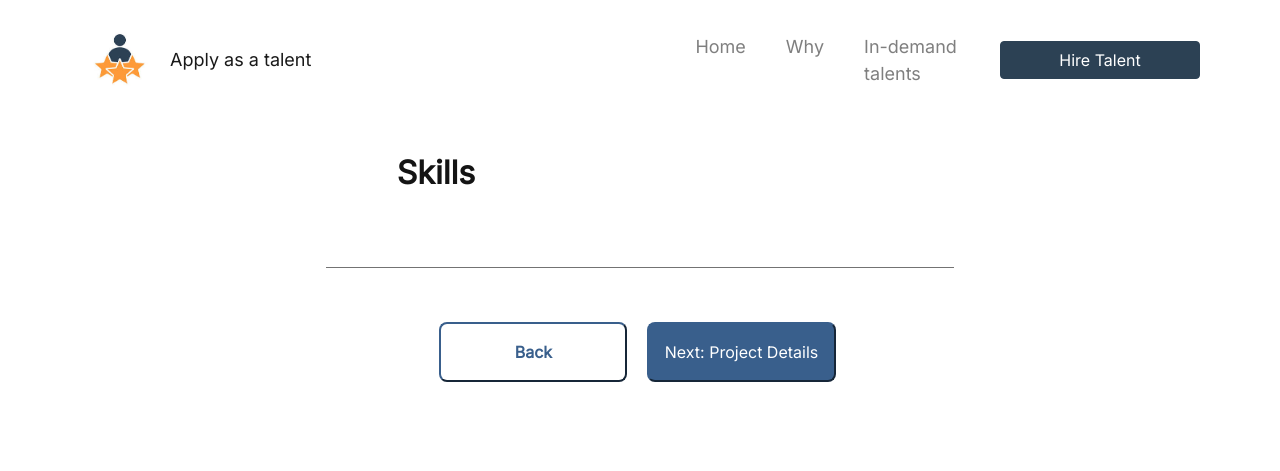
Repository: Ashwe9/talent-hire-reactJs
Page: /skills
The author's editor kept a copy of each file at every save. The page is drawn from the files as they stood at one save, then again after the next save.
The browser window is 1280 px wide. The pictures show the whole page.
The project was rebuilt for these pictures with package versions that can differ from the ones it lists, and the page was loaded fresh each time. Also part of the build but not shown: src/homePage/components/TrustedBy/TrustedBy.css, src/homePage/components/TrustedBy/TrustedBy.js, src/homePage/components/Roles/Roles.css, src/homePage/components/Roles/Roles.js, src/homePage/components/homePageFooter/HomePageFooter.css, src/homePage/components/homePageFooter/HomePageFooter.js, src/homePage/HomePage.js, src/kpisPage/Header.css and 17 more.

Above is the page before, as saved 2022-08-25 15:32:43.

### public/index.html
<!DOCTYPE html>
<html lang="en">
  <head>
    <meta charset="utf-8" />
    <link rel="icon" href="%PUBLIC_URL%/favicon.ico" />
    <meta name="viewport" content="width=device-width, initial-scale=1" />
    <meta name="theme-color" content="#000000" />
    <meta
      name="description"
      content="Web site created using create-react-app"
    />
    <link rel="manifest" href="%PUBLIC_URL%/manifest.json" />
    <link rel="stylesheet" href="https://stackpath.bootstrapcdn.com/bootstrap/4.4.1/css/bootstrap.min.css" integrity="sha384-Vkoo8x4CGsO3+Hhxv8T/Q5PaXtkKtu6ug5TOeNV6gBiFeWPGFN9MuhOf23Q9Ifjh" crossorigin="anonymous">
    <link href='https://fonts.googleapis.com/css?family=Inter' rel='stylesheet'>

    <title>App</title>
  </head>
  <body>
    <noscript>You need to enable JavaScript to run this app.</noscript>
    <div id="root"></div>
    <script src="https://code.jquery.com/jquery-3.4.1.slim.min.js" integrity="sha384-J6qa4849blE2+poT4WnyKhv5vZF5SrPo0iEjwBvKU7imGFAV0wwj1yYfoRSJoZ+n" crossorigin="anonymous"></script>
    <script src="https://cdn.jsdelivr.net/npm/popper.js@1.16.0/dist/umd/popper.min.js" integrity="sha384-Q6E9RHvbIyZFJoft+2mJbHaEWldlvI9IOYy5n3zV9zzTtmI3UksdQRVvoxMfooAo" crossorigin="anonymous"></script>
    <script src="https://stackpath.bootstrapcdn.com/bootstrap/4.4.1/js/bootstrap.min.js" integrity="sha384-wfSDF2E50Y2D1uUdj0O3uMBJnjuUD4Ih7YwaYd1iqfktj0Uod8GCExl3Og8ifwB6" crossorigin="anonymous"></script>  </body>
</html>

### src/App.js
import React from 'react'
import { BrowserRouter as Router, Route, Routes, Navigate } from 'react-router-dom';
import { HomePage } from './homePage/HomePage';
import KPISPage from './kpisPage/KPISPage';
import ProjectDetails from './projectDetails/ProjectDetails';
import ProfessionalDetails from './professionalDetails/ProfessionalDetails';
import Skills from './skills/Skills';

function App() {
  return (
    <Router>
      <Routes>
        <Route exact path="*" element={<Navigate to="/" replace />}/>
        <Route exact path="/" element={<HomePage />} />
        <Route exact path="/kpis" element={<KPISPage />} />
        <Route exact path="/projectdetails" element={<ProjectDetails />} />
        <Route exact path="/professionaldetails" element={<ProfessionalDetails />} />
        <Route exact path="/skills" element={<Skills />} />

      </Routes>
    </Router>
  );
}

export default App;

### src/skills/Skills.js
import React from 'react'
import { Footer } from '../shared-components/Footer/Footer'
import { Navbar } from '../shared-components/Navbar/Navbar'
import Header from './Header'
import './Skills.css'

const Skills = () => {
  return (
    <div>
        <Navbar />
        <Header />
        <Footer nextTitle="Next: Project Details" nextPath="/projectdetails2" previousPath="/professionaldetails"/>
    </div>
  )
}

export default Skills

### src/shared-components/Navbar/Navbar.js
import React from 'react'
import './Navbar.css'
import { Navigate, useNavigate } from 'react-router-dom'

export const Navbar = () => {
  let navigate = useNavigate();

  return (
    <nav className="navbar navbar-expand-lg navbar-light">
      <img src= {require('../../assets/icon.png')} className="icon"/>
      <a className="navbar-brand title" href="#">Apply as a talent</a>
      <button className="navbar-toggler" type="button" data-toggle="collapse" data-target="#navbarText" aria-controls="navbarText" aria-expanded="false" aria-label="Toggle navigation">
        <span className="navbar-toggler-icon"></span>
      </button>
      <div className="collapse navbar-collapse" id="navbarText">
        <ul className="navbar-nav mr-auto">
          <li className="nav-item">
            <a className="nav-link" href="" onClick={() => {
                navigate('/', { replace: true });
              } }>Home</a>
          </li>

          <li className="nav-item">
            <a className="nav-link" href="#">Why</a>
          </li>
          <li className="nav-item">
            <a className="nav-link" href="#">In-demand talents</a>
          </li>
        </ul>
        <span className="navbar-text">
          <button className='btn btn-dark navbar-btn'>Hire Talent</button>
        </span>
      </div>
    </nav>
  )
}

### src/shared-components/Footer/Footer.js
import React from 'react'
import './Footer.css'
import { useNavigate  } from 'react-router-dom'


export  const Footer = ({nextTitle, nextPath, previousPath}) => {

  let navigate = useNavigate();

  const goNext = () => {
    let path =  nextPath;
    navigate(path);
  };
  const goBack = () => {
    let path =  previousPath;
    navigate(path);
  };

  return (
      <footer>
        <div className='Footer-box'>
            <hr id="footer-line"/>
            <div className='buttons'>
              <button className='Footer-button-back'
              onClick={goBack}
                >Back</button>

              <button className='Footer-button-next'
              onClick={goNext}
                >{nextTitle}</button>
        </div>
        </div>
      </footer>
    )
  }

### src/skills/Header.js
import React from 'react'
import './Header.css'


const Header = () => {
  return (
    <div className='box'>
      <div className='skills-header-box'>
          <p className='skills-header'>
              Skills
          </p>
      </div>
    </div>
  )
}

export default Header

### src/shared-components/Navbar/Navbar.css
.icon{
    width: 80px;
}

.title{
    font-family: "Inter";
    font-style: normal;
    font-weight: 500;
    font-size: 18px;
    line-height: 28px;
    align-items: center;
    color: #444444;
    padding-left: 10px;
}

#navbarText{
    margin-left: 30%;
}
.navbar-items{
    margin: 0 35%;

}

.nav-item{
    font-family: "Inter";
    font-style: normal;
    font-weight: 500;
    font-size: 18px;
    align-items: center;
    color: #444444;
    padding-left: 24px;
}

.navbar-btn{
    font-family: "Inter";
    font-style: bold;
    background: #2c4154;
    /* padding: 5px 50px; */
    border-color: #2c4154;
    width: 200px;
}

.navbar{
    margin: 10px 5%;
}

@media only screen and (max-width: 600px) {
    body {
      background-color: lightblue;
    }
  }

### src/shared-components/Footer/Footer.css
#footer-line{
    background-color: gray;
    width: 50%;
}

.Footer-box{
    margin-top: 50px;
    padding: 1%;
}

.buttons{
    display: flex;
}

.Footer-button-back{
    margin-top: 3%;
    /* margin-left: 30%; */
    font-family: "Inter";
    font-style: bolder;
    font-weight: 700;
    padding: 1% 1%;
    background-color: white;
    border-color: #395f8c;
    color: #395f8c;
    height: 60px;
    width: 15%;
    border-radius: 0.5rem;
    margin-left: 34%;
    margin-bottom: 10%;
}
.Footer-button-next{
    margin-top: 3%;
    /* margin-left: 30%; */
    font-family: "Inter";
    font-style: bold;
    font-weight: 500;
    background: #395f8c;
    border-color: #395f8c;
    padding: 1% 1%;
    height: 60px;
    width: 15%;
    border-radius: 0.5rem;
    margin-bottom: 10%;
    margin-left: 20px;
    color: white;
    line-height: 1;
}

@media only screen and (max-width: 700px) {
    #footer-line{
        background-color: gray;
        width: 80%;
    }
    .Footer-button-next{
        padding: 2% ;
        height: 10%;
        width: fit-content;
        margin-left: 5%;
        font-size: 12px;
    }
    .Footer-button-back{
        padding: 2% ;
        height: 10%;
        width: 20%;
        margin-left: 20%;
        font-size: 12px;
    }
}

### src/skills/Header.css
.skills-header-box{
    padding: 3%;
    padding-bottom: 0%;
    align-items: center;
    width: 40%;
    margin-left: 28%;
}

.skills-header{
    font-family: "Inter";
    font-style: bolder;
    font-weight: 800;
    font-size: 32px;
    line-height: 30px;
    align-items: center;
    color: #141414;
    margin-bottom: 50px;
}


@media only screen and (max-width: 700px) {

    .skills-header{
        font-size: 16px;
    }
    .skills-header-box{
        margin-left: 40px;
        width: 100%;
    }
  }
@media only screen and (max-width: 450px) {
    .skills-header{
        font-size: 13px;
    }
    .skills-header-box{
        margin-left: 70px;
        width: 100%;
    }
}

Loaded but not shown: src/index.js (common file); src/reportWebVitals.js (common file); src/index.css (no stored copy; drawn as an empty file); src/kpisPage/KPISPage.css (no stored copy; drawn as an empty file); src/professionalDetails/ProfessionalDetails.css (no stored copy; drawn as an empty file); src/skills/Skills.css (no stored copy; drawn as an empty file)

After the next save:
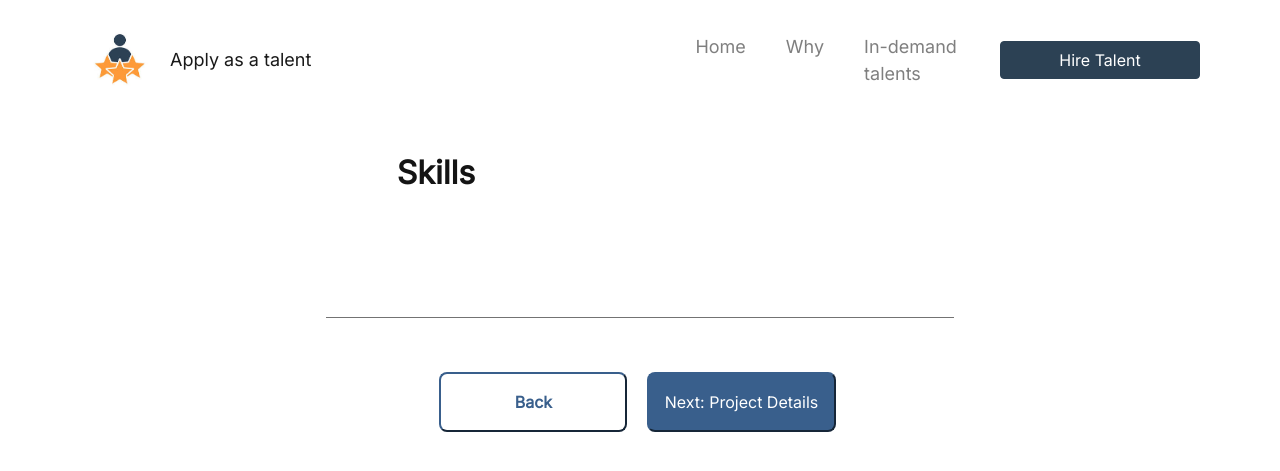
Saved 13 s later.
--- a/src/skills/Header.css
+++ b/src/skills/Header.css
@@ -4,6 +4,9 @@
     align-items: center;
     width: 40%;
     margin-left: 28%;
+}
+.box{
+    display: flex;
 }
 
 .skills-header{
